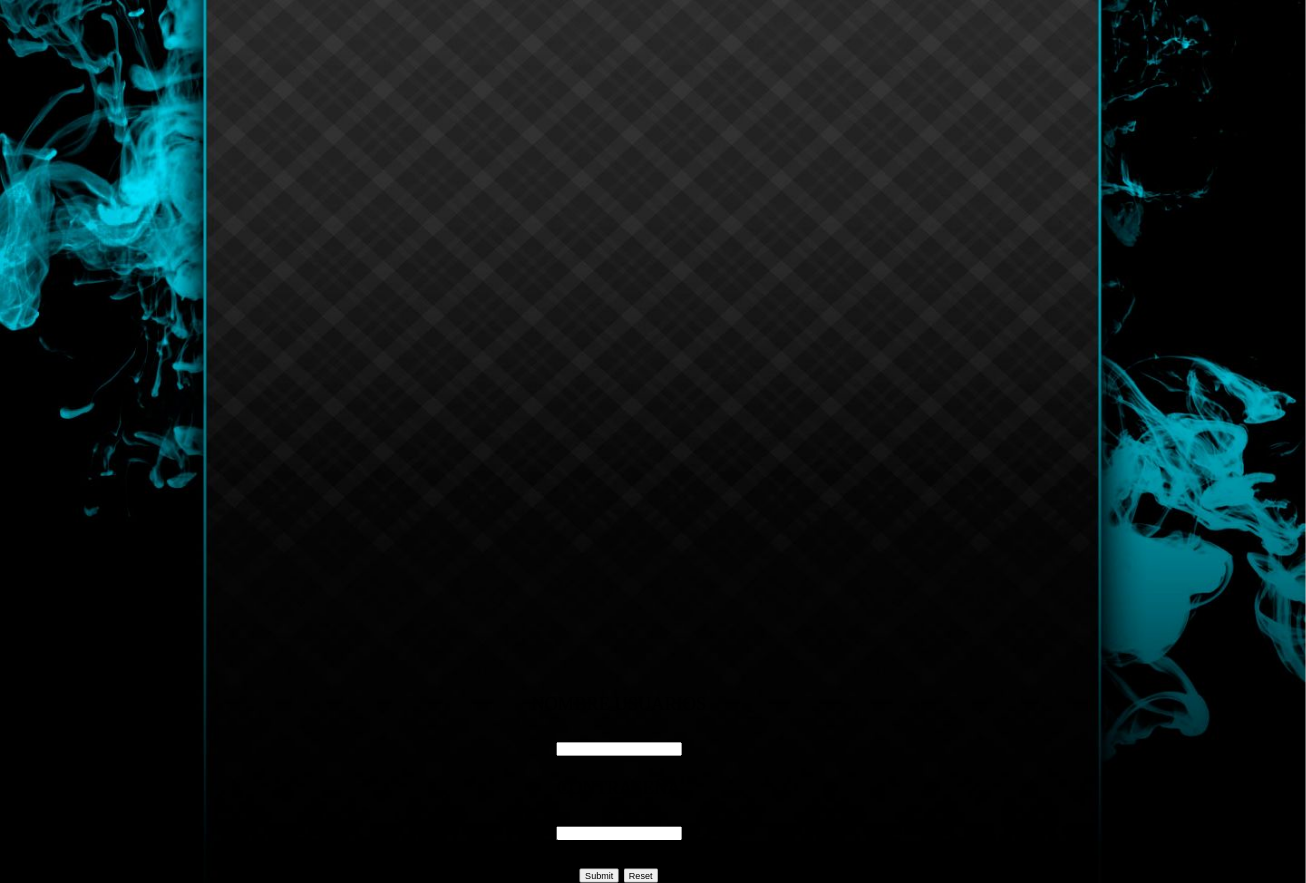
Repository: Gr0ot2/testing
Page: http://localhost/proyecto/acceso_pupilaje.jsp
The author's editor kept a copy of each file at every save. The page is drawn from the files as they stood at one save, then again after the next save.
The browser window is 1920 px wide. The pictures show the whole page, at 68% of full size.
Backgrounds fixed to the window are drawn as part of the page. The page is served by Tomcat 9. Other server files are loaded and not shown.

Above is the page before, as saved 2023-05-24 07:45:10.

### proyecto_final/proyecto_final/proyecto/WebContent/acceso_pupilaje.jsp
<%@ page language="java" contentType="text/html; charset=ISO-8859-1"
    pageEncoding="ISO-8859-1"%>
<!DOCTYPE html>
<html>
<head>
<meta charset="ISO-8859-1">
<link href="acceso_pupilaje.css" type="text/css" rel="stylesheet">
<title>Insert title here</title>
</head>
<body>
<form action="acceso_pupilaje" method="post">
<div id="cuestionario">
<label id="label">NOMBRE USUARIOS</label>
<br><br>
<input name="user" type="text"/>
<br><br>
<label id="label">CONTRASEÑA</label>
<br><br>
<input name="password" type="text"/>
<br></br>
 <input name="enviar" type="submit"/>
 <input name="reset" type="reset"/>
 </div>
</form>


</body>
</html>

### proyecto_final/proyecto_final/proyecto/WebContent/acceso_pupilaje.css
@charset "ISO-8859-1";
@charset "ISO-8859-1";
@media screen and (max-width: 780px) {
body {
 background-image:url("img/fondo-de-caballos-jugando (1).jpg");

   background-size: cover;
  background-repeat: no-repeat;
  background-position: center top;
    text-decoration: none;
    padding: 20px;
    font-size: 20px;
    text-align: center;
}

#cuestionario{
bottom: 125px;
}

}
@media screen and (min-width:1900px) {
body{
  background-image: url("img/fondo_login.jpg");
  background-position: center top;
  background-repeat: no-repeat;
  background-attachment: fixed;
  background-size: cover;
  margin: 0; /* Asegura que no haya margen en el cuerpo de la página */
  padding: 0; /* Asegura que no haya relleno en el cuerpo de la página */
  text-decoration: none;
    padding: 20px;
    font-size: 20px;
    text-align: center;
    left: 50px;

}

#cuestionario{
position: relative;
top: 1000px;
right: 50px;
font-size: 27px;
}

  }
@media screen and (max-width:1300px) {
body{
  background-image: url("img/fondo_login.jpg");
  background-position: center center;
  background-repeat: no-repeat;
  background-attachment: fixed;
  background-size: cover;
  margin: 0; /* Asegura que no haya margen en el cuerpo de la página */
  padding: 0; /* Asegura que no haya relleno en el cuerpo de la página */
  text-decoration: none;
    padding: 20px;
    font-size: 20px;
    text-align: center;
    left: 50px;

}

#cuestionario{
position: relative;
top: 450px;
right: 15px;
font-size: 25px;
}

  }

After the next save:
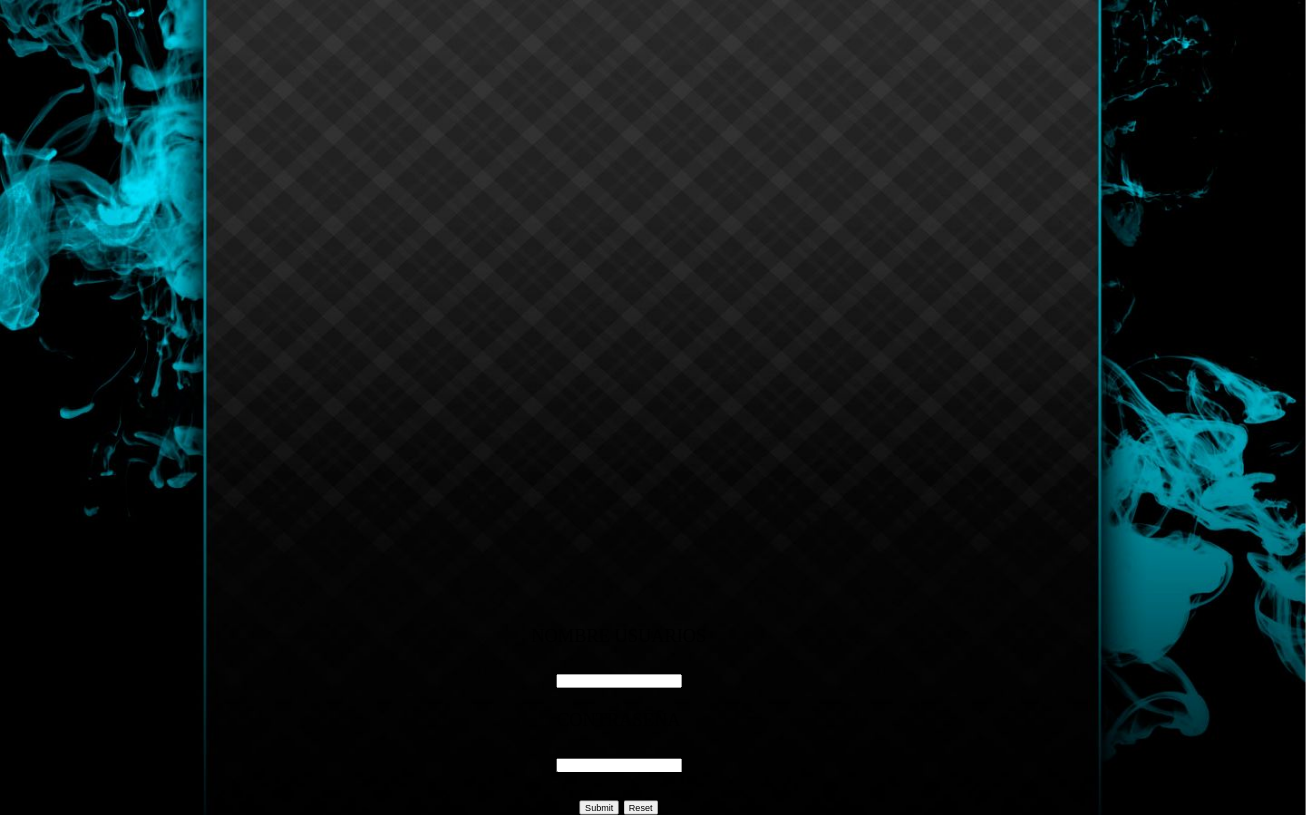
Saved 13 s later.
--- a/proyecto_final/proyecto_final/proyecto/WebContent/acceso_pupilaje.css
+++ b/proyecto_final/proyecto_final/proyecto/WebContent/acceso_pupilaje.css
@@ -37,7 +37,7 @@ body{
 
 #cuestionario{
 position: relative;
-top: 1000px;
+top: 900px;
 right: 50px;
 font-size: 27px;
 }
